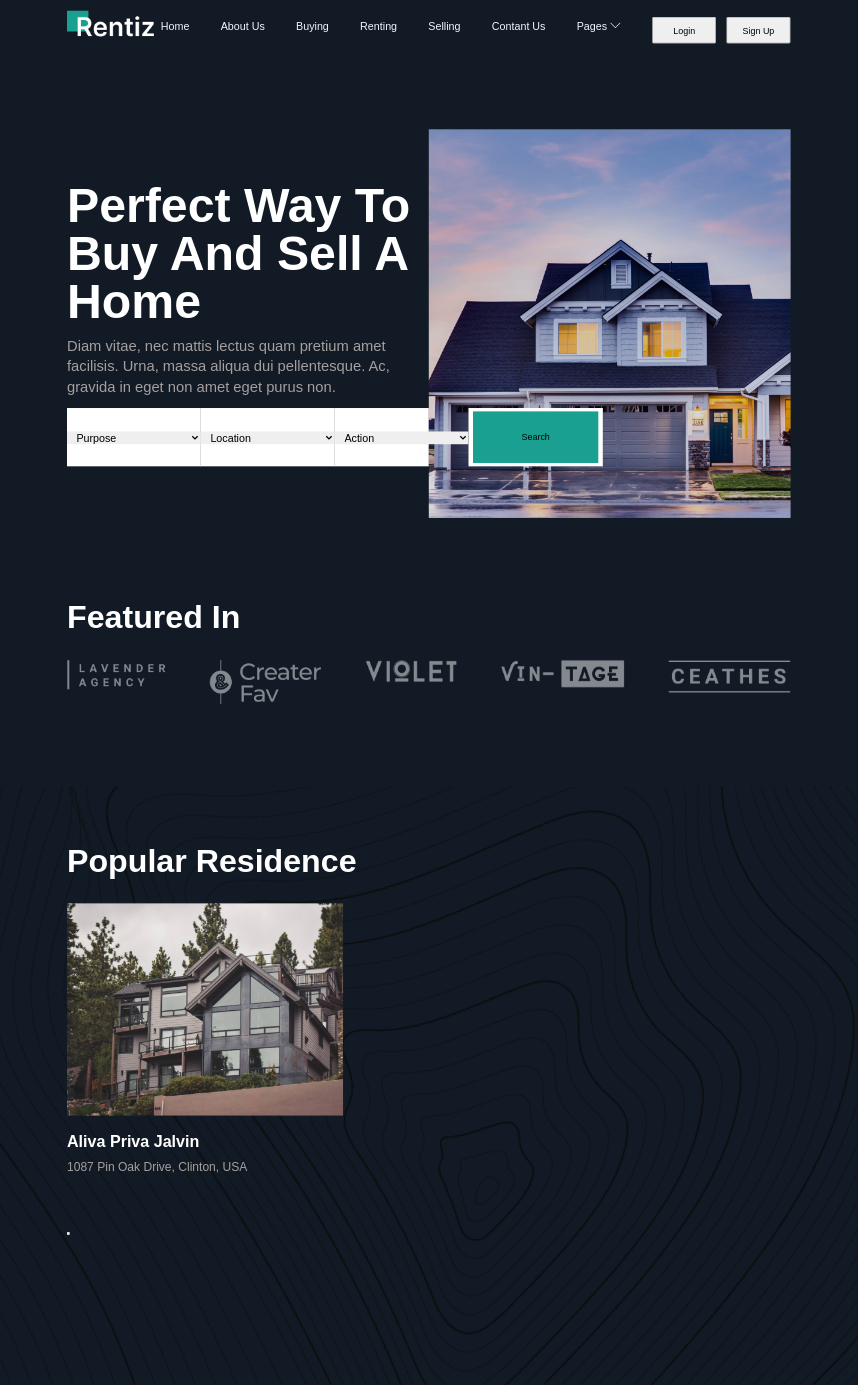
Repository: tung1233hhhhhhhhhhhhh/WebClone-Home
Page: index.html
The author's editor kept a copy of each file at every save. The page is drawn from the files as they stood at one save, then again after the next save.
The browser window is 1280 px wide. The pictures show the whole page, at 67% of full size.

Above is the page before, as saved 2023-05-23 20:43:21.

After the next save:
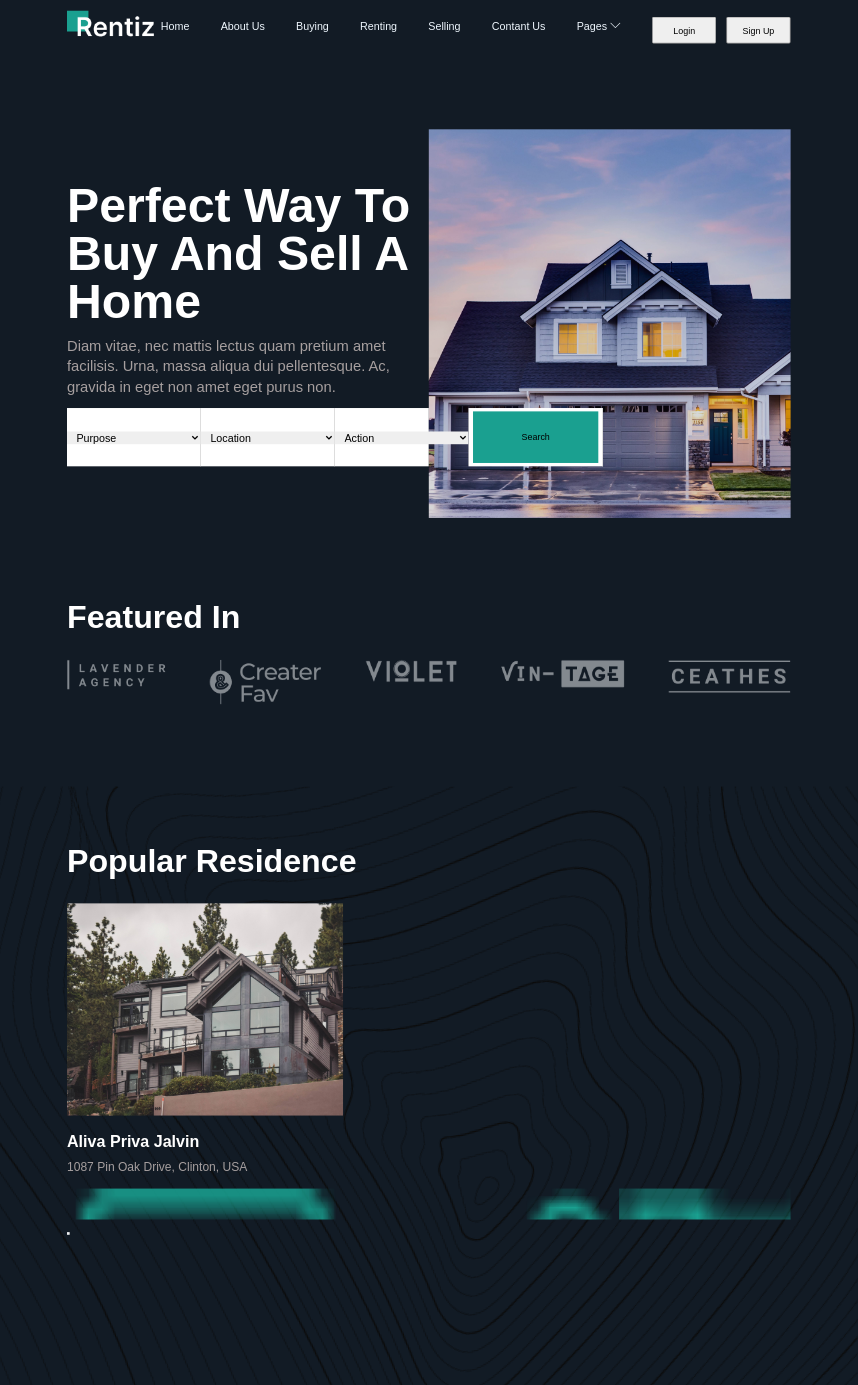
Saved 3 min 9 s later.
--- a/index.html
+++ b/index.html
@@ -126,9 +126,15 @@
                                 <p>1087 Pin Oak Drive, Clinton, USA</p>
                                 <div class="card-logo">
                                     <ul>
-                                        <li></li>
-                                        <li></li>
-                                        <li></li>
+                                        <li>
+                                            <img src="./assets/img/bed.png" alt="">
+                                        </li>
+                                        <li>
+                                            <img src="./assets/img/bath.png" alt="">
+                                        </li>
+                                        <li>
+                                            <img src="./assets/img/square.png" alt="">
+                                        </li>
                                     </ul>
                                 </div>
                             </div>
